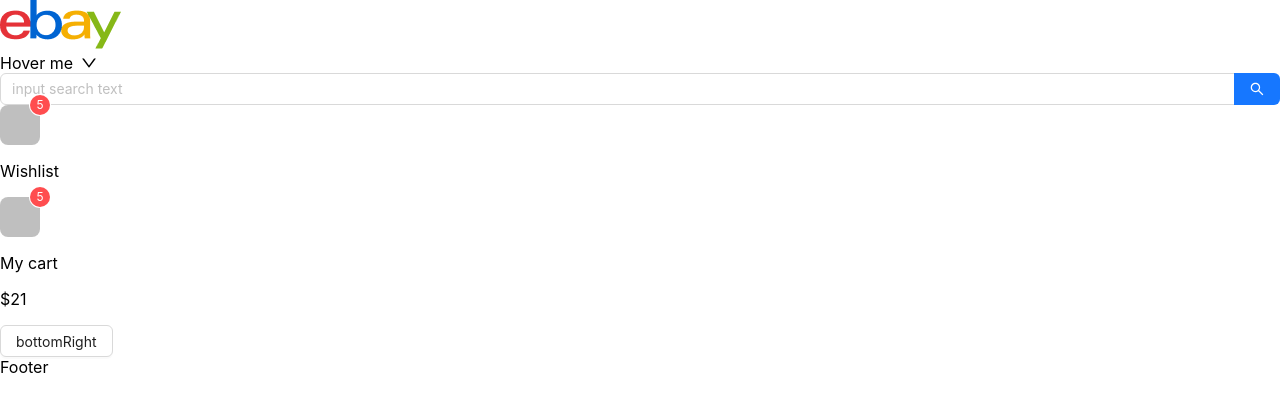
Repository: Davronbekdeviloper/ebay-shop
Page: /
These files come from the project's save history. The page is drawn as it stood at one moment and after a run of saves; the edit follows.
The browser window is 1280 px wide. The pictures show the whole page.
The project was rebuilt for these pictures with package versions that can differ from the ones it lists, and the page was loaded fresh each time. Also part of the build but not shown: src/Stayle/navbar.css.

Above is the page before, as saved 2024-02-05 08:08:32.

After the next 4 saves:
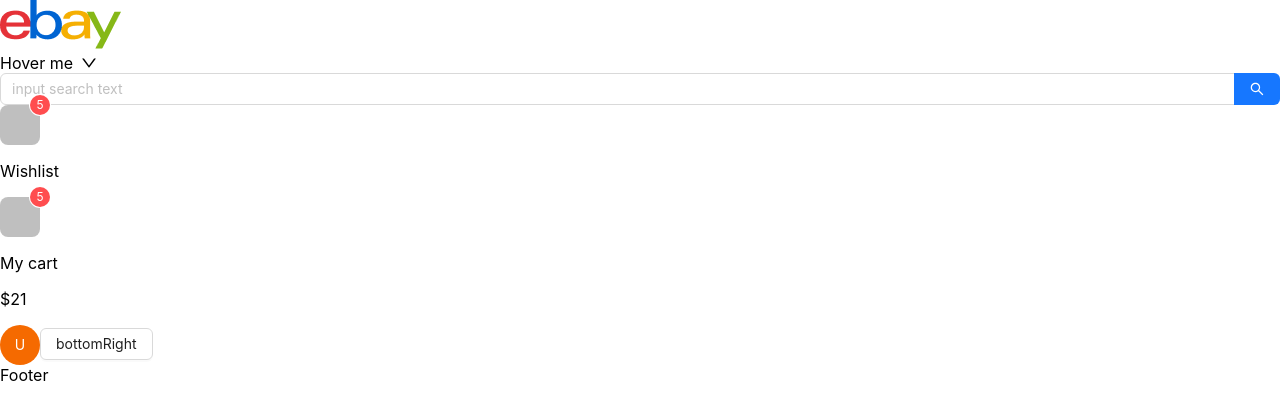
The 4 saves are shown as one change because 2 did not build or start and some came seconds apart.
The last was saved 26 s later.
--- a/src/Components/Profile/Profile.jsx
+++ b/src/Components/Profile/Profile.jsx
@@ -1,4 +1,4 @@
-import React from 'react';
+import React, { useState } from 'react';
 import { Button, Dropdown, Avatar } from 'antd';
 const UserList = ['U', 'Lucy', 'Tom', 'Edward'];
 const ColorList = ['#f56a00', '#7265e6', '#ffbf00', '#00a2ae'];
@@ -31,10 +31,22 @@
     },
 ];
 export default function Profile() {
-
+    const [user, setUser] = useState(UserList[0]);
+    const [color, setColor] = useState(ColorList[0]);
+    const [gap, setGap] = useState(GapList[0]);
 
     return (
         <div>
+            <Avatar
+                style={{
+                    backgroundColor: color,
+                    verticalAlign: 'middle',
+                }}
+                size="large"
+                gap={gap}
+            >
+                {user}
+            </Avatar>
             <Dropdown
                 menu={{
                     items,
